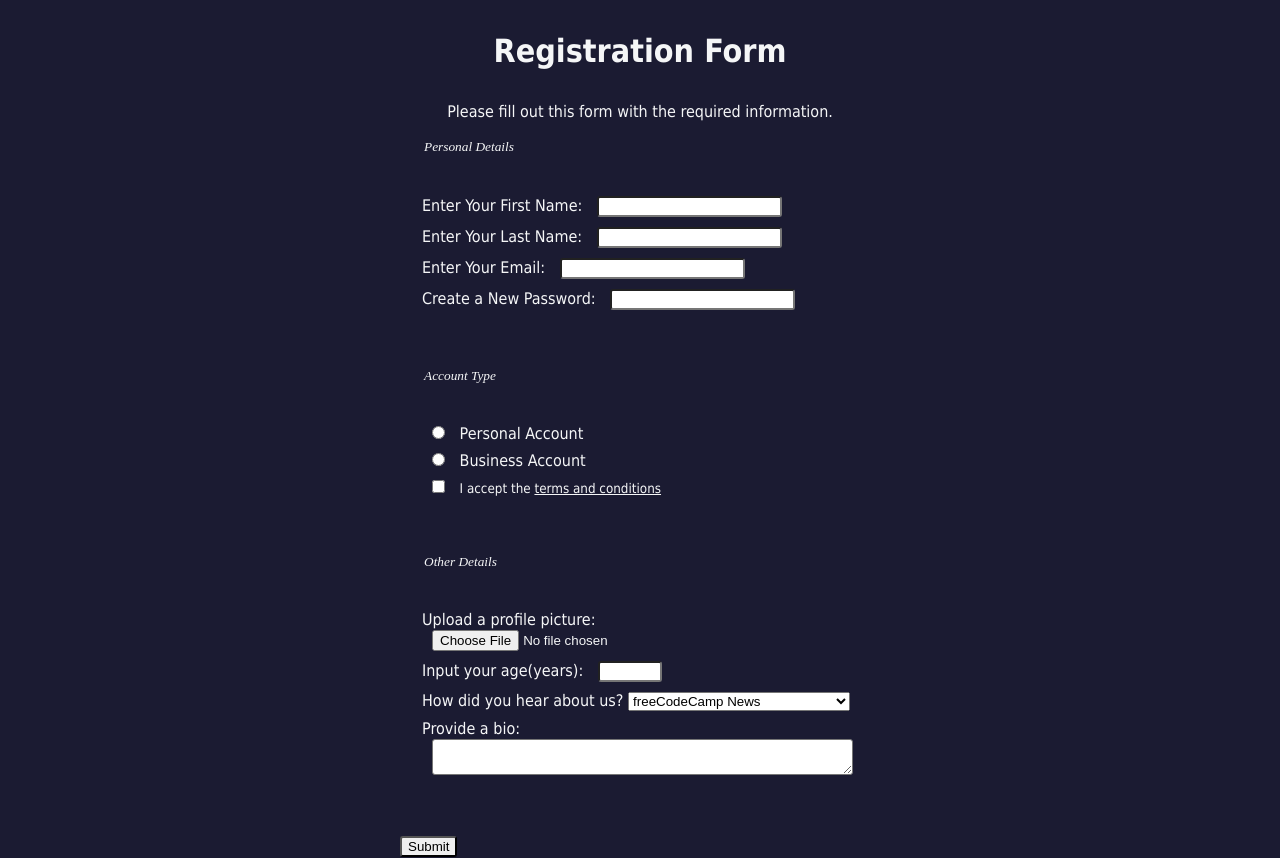
Repository: Lungdjos/registration_form
Page: index.html
These files come from the project's save history. The page is drawn as it stood at one moment and after the next save; the edit follows.
The browser window is 1280 px wide. The pictures show the whole page.

Above is the page before, as saved 2023-09-29 08:59:37.

After the next save:
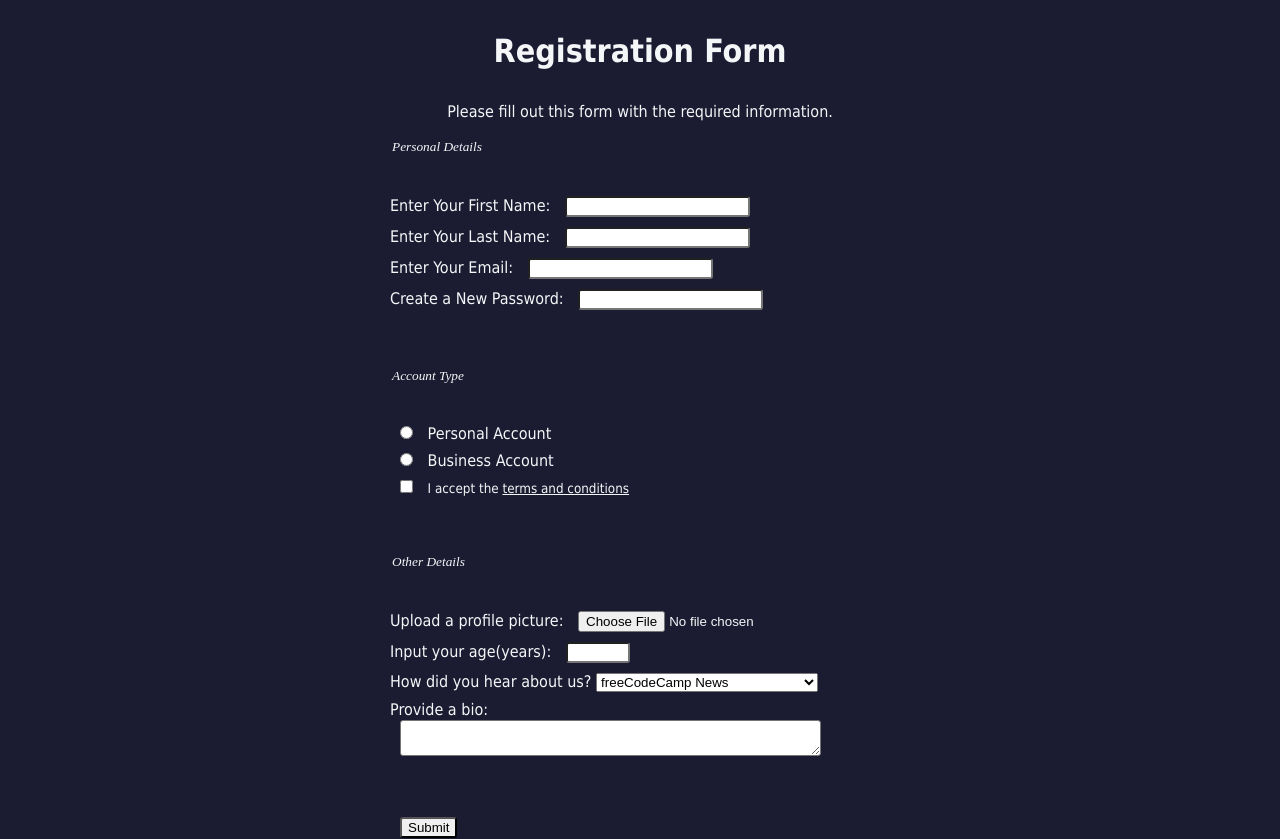
Saved 103 s later.
--- a/indexStyles.css
+++ b/indexStyles.css
@@ -28,7 +28,7 @@ fieldset {
     margin: 15px 0px 15px 0px;
     border-radius: 10px;
     border: none;
-    padding: 2em;
+    padding: 2rem 0rem 2rem 0rem;
 }
 
 input,
